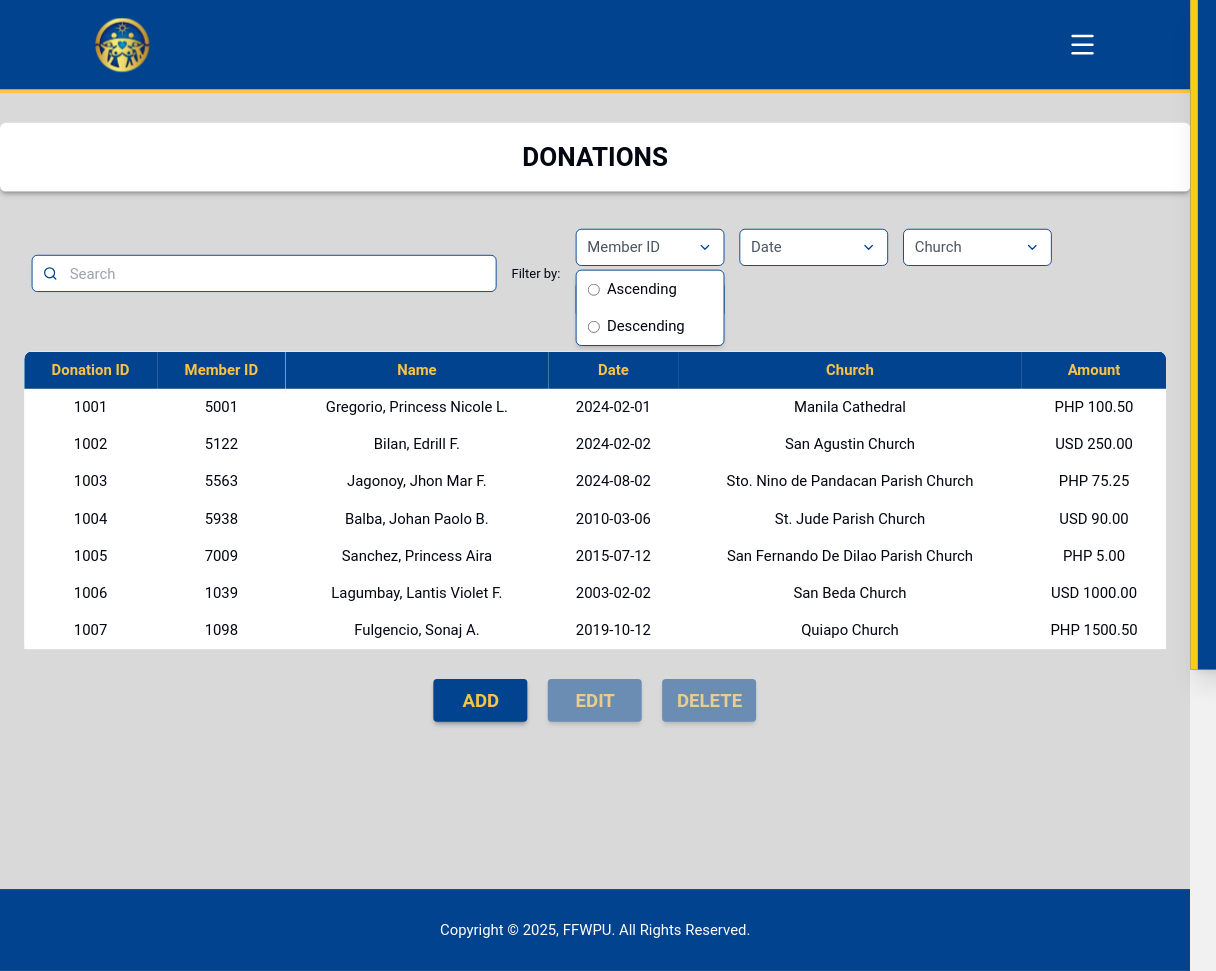
Repository: CoderTofu/FFWPU_System
Page: /donation, after clicking the first element matching `button.w-\[120px\]`
These files come from the project's save history. The page is drawn as it stood at one moment and after the next save; the edit follows.
The browser window is 1280 px wide. The page is 1280 px wide, then 1307 px, then 1280 px, so the pictures cover 1307 px, including what lies to the right of the window. The pictures show the whole page, at 93% of full size.
The project was rebuilt for these pictures with package versions that can differ from the ones it lists, and the page was loaded fresh each time. The framework's server and built-in components were replaced by stand-ins that run in the browser. Also part of the build but not shown: next.config.ts, src/components/NavbarPublic.tsx, src/components/FooterPublic.tsx, src/lib/utils.ts, src/components/ui/dialog.tsx, src/components/ui/button.tsx, src/components/Modal.tsx.

Above is the page before, as saved 2025-03-07 07:49:44.

After the next save:
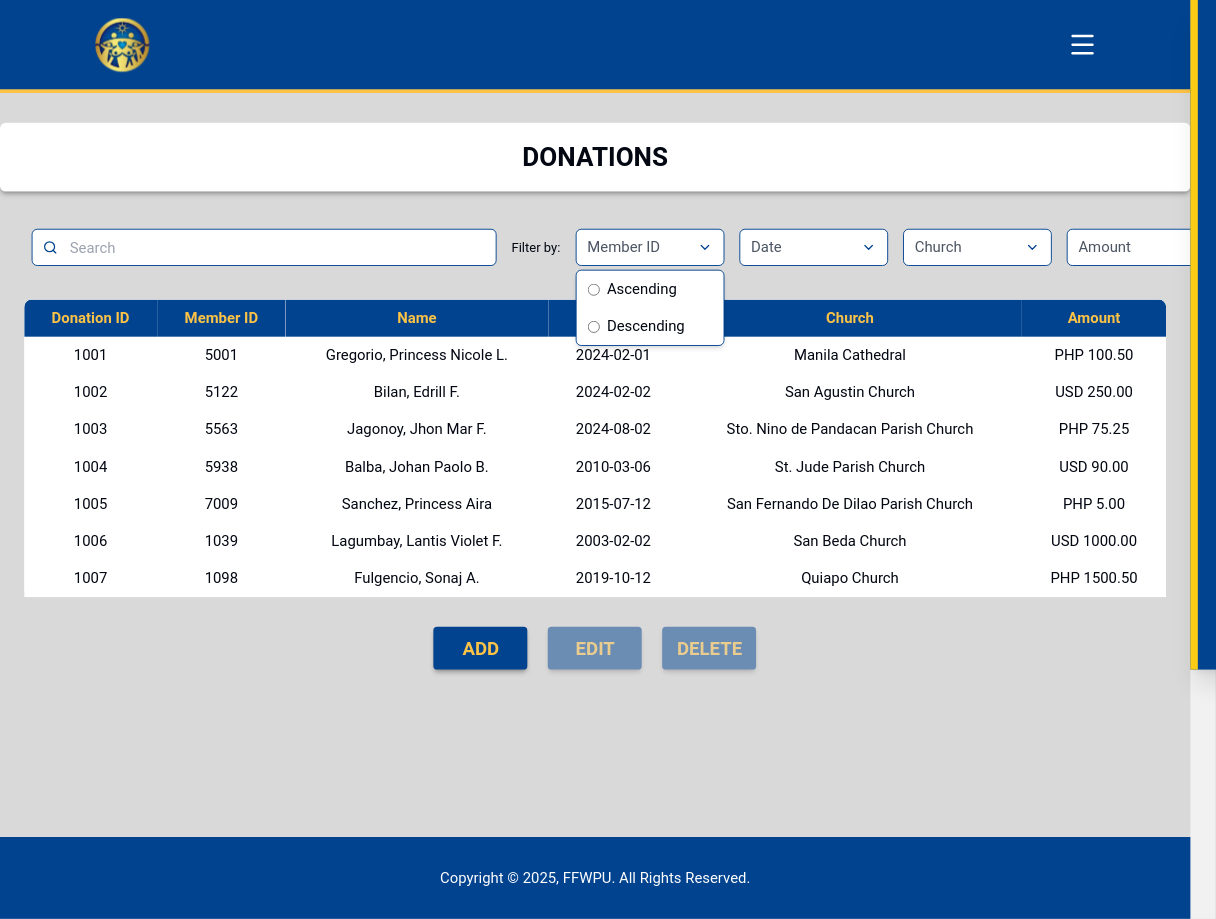
Saved 10 s later.
--- a/src/components/DonationModals.tsx
+++ b/src/components/DonationModals.tsx
@@ -65,7 +65,7 @@
 
       <span className="text-[14px] flex-none">Filter by:</span>
 
-      <div ref={dropdownRef} className="flex flex-wrap items-center gap-4 w-full sm:w-auto">
+      <div ref={dropdownRef} className="flex flex-grow items-center gap-4">
         {["Member ID", "Date", "Church"].map((filter) => (
           <div key={filter} className="relative">
             <button

After the save that followed:
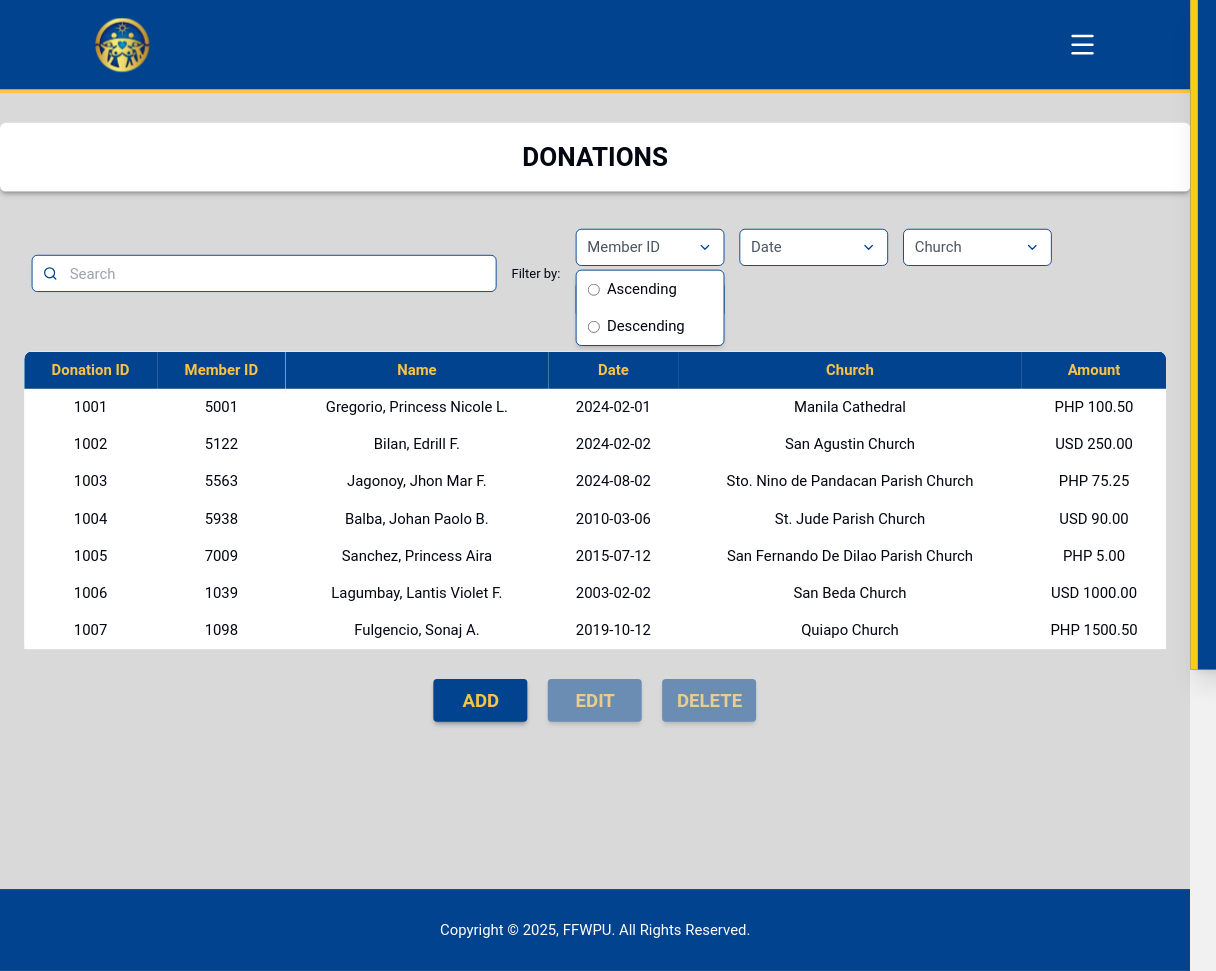
Saved 3 min 15 s later.
--- a/src/components/DonationModals.tsx
+++ b/src/components/DonationModals.tsx
@@ -65,7 +65,7 @@
 
       <span className="text-[14px] flex-none">Filter by:</span>
 
-      <div ref={dropdownRef} className="flex flex-grow items-center gap-4">
+      <div ref={dropdownRef} className="flex flex-wrap items-center gap-4 w-full sm:w-auto">
         {["Member ID", "Date", "Church"].map((filter) => (
           <div key={filter} className="relative">
             <button
